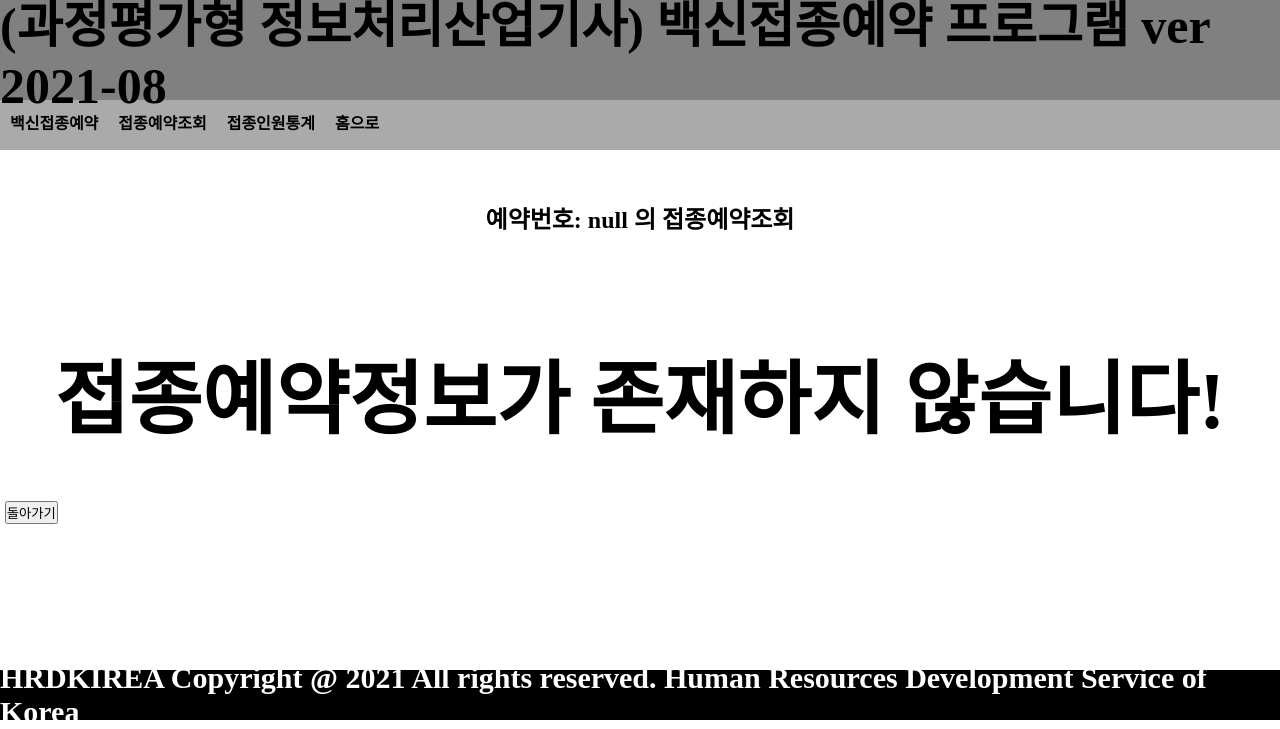
Repository: Ranranruo/info-processing
Page: http://localhost/20250424/view.jsp
These files come from the project's save history. The page is drawn as it stood at one moment and after the next save; the edit follows.
The browser window is 1280 px wide. The pictures show the whole page.
The page is served by Tomcat 9. Queries for data that is not in the repository find no rows.

Above is the page before, as saved 2025-04-24 07:17:35.
Console error: TypeError: Cannot read properties of null (reading 'addEventListener')

### 20250424/src/main/webapp/view.jsp
<%@page import="java.sql.ResultSet"%>
<%@page import="java.sql.PreparedStatement"%>
<%@page import="java.sql.Connection"%>
<%@page import="java.sql.DriverManager"%>
<%@ page language="java" contentType="text/html; charset=UTF-8"
    pageEncoding="UTF-8"%>
<%
	Class.forName("oracle.jdbc.OracleDriver");
	String no = request.getParameter("no");
	Connection con = DriverManager.getConnection("jdbc:oracle:thin:@//localhost:1521/xe", "system", "1234");

	String sql = "SELECT j.pname, j.jumin, CASE WHEN substr(j.jumin, 8, 1) = '1' THEN '남' WHEN substr(j.jumin, 8, 1) = '2' THEN '여' end, j.tel, substr(v.resvdate, 1, 4) || '년' || substr(v.resvdate, 5, 2) || '월' || substr(v.resvdate, 7, 2) || '일', substr(v.resvtime, 1, 2) || ':' || substr(v.resvtime, 3, 2), h.hospname, h.hosptel, h.hospaddr, v.vcode FROM tbl_vaccresv_202108 v, tbl_hosp_202108 h, tbl_jumin_201808 j WHERE v.jumin = j.jumin AND v.hospcode = h.hospcode AND v.resvno = ?";
	PreparedStatement s = con.prepareStatement(sql);
	s.setString(1, no);

	ResultSet rs = s.executeQuery();
%>
<!DOCTYPE html>
<html>
<head>
<meta charset="UTF-8">
<title>Insert title here</title>
<style>
* {padding:0; margin: 0; text-decoration: none; color: inherit;}
.c { display: flex; justify-content: center; align-items: center;}
td{ border: 1px solid black; padding: .5em 1em;}
</style>
</head>
<body>
<header class="c" style="background-color: gray; color: #000; font-weight: bold; font-size: 50px; height: 100px;">(과정평가형 정보처리산업기사) 백신접종예약 프로그램 ver 2021-08</header>
<nav style="display: flex; padding: 10px; gap: 20px; background: #aaa; color: black; font-weight: bold; height:30px;">
<a href="insert.jsp">백신접종예약</a>
<a href="select.jsp">접종예약조회</a>
<a href="view.jsp">접종인원통계</a>
<a href="index.jsp">홈으로</a>
</nav>
<section style="min-height: calc(100vh - 200px); display: flex; flex-direction: column; align-items: center;">
<h1 class="c" style="padding: 50px;">예약번호: <%=no %> 의 접종예약조회</h1>
<%
 if(rs.next()) {
%>
<form action="selectDetail.jsp">
<table>
<tr>
<td>접종예약조회</td>
<td>
	<input id="no" name="no"/>예) 20210001
</td>
</tr>
<tr>
<td colspan="2" style="display: flex; justify-content: center;">
<button>예약조회</button>
<button id="reset" type="reset">홈으로</button>
</td>
</tr>
</table>
</form>
<% } else { %>
<form action="select.jsp">
<h1 class="c" style="font-size: 80px; padding: 50px;">접종예약정보가 존재하지 않습니다!</h1>
<button>돌아가기</button>
</form>
<% } %>
</section>
<footer class="c" style="background-color: black; color: #fff; font-weight: bold; font-size: 30px; height: 50px;">HRDKIREA Copyright @ 2021 All rights reserved. Human Resources Development Service of Korea</footer>
<script>
const $ = (s) => document.querySelector(s);
$("form").addEventListener("submit", (e)=> {
	e.preventDefault();
	if($("#no").value == "") {
		alert("접종예약번호가 입력되지 않았습니다.");
		e.preventDefault();
		$("#no").focus();
	}

});
$("#reset").addEventListener("click", ()=> {
	location.href="index.jsp";
});
</script>
</body>
</html>

After the next save:
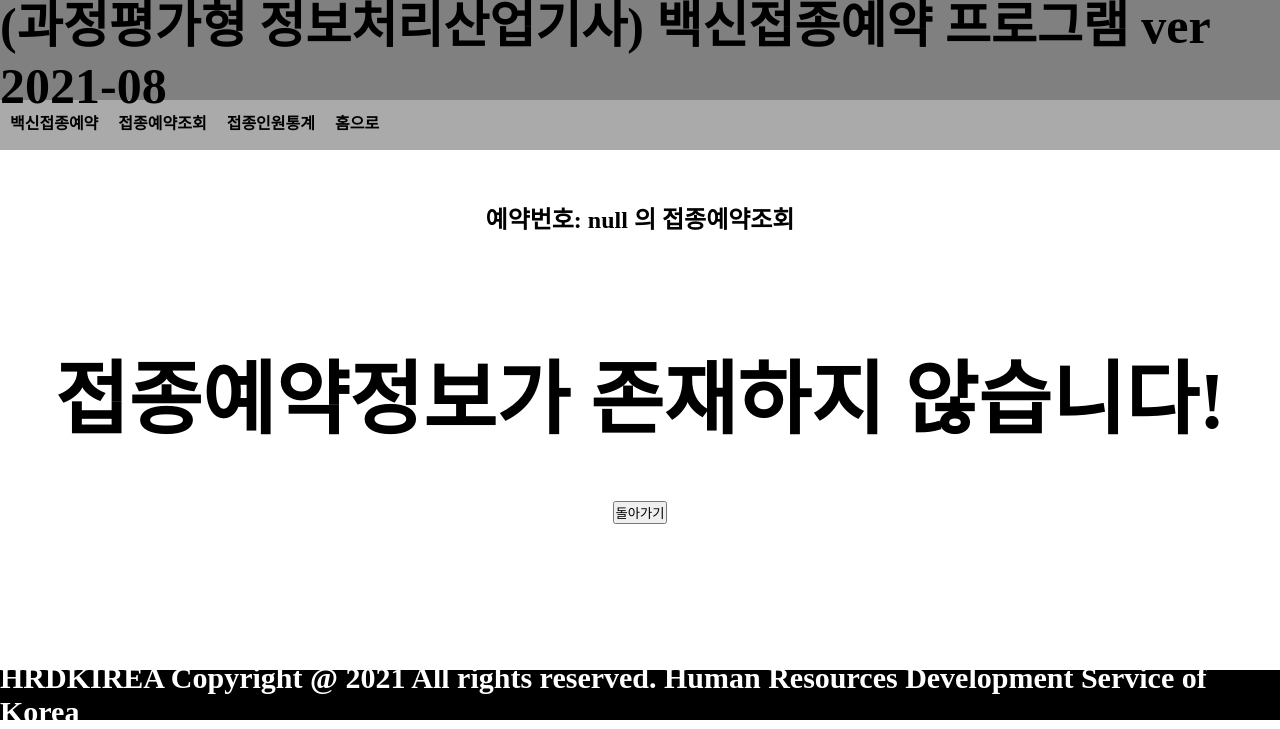
Saved 21 s later.
--- a/20250424/src/main/webapp/view.jsp
+++ b/20250424/src/main/webapp/view.jsp
@@ -56,7 +56,7 @@ td{ border: 1px solid black; padding: .5em 1em;}
 </table>
 </form>
 <% } else { %>
-<form action="select.jsp">
+<form action="select.jsp" style="display: flex; flex-direction: column; align-items: center;">
 <h1 class="c" style="font-size: 80px; padding: 50px;">접종예약정보가 존재하지 않습니다!</h1>
 <button>돌아가기</button>
 </form>
